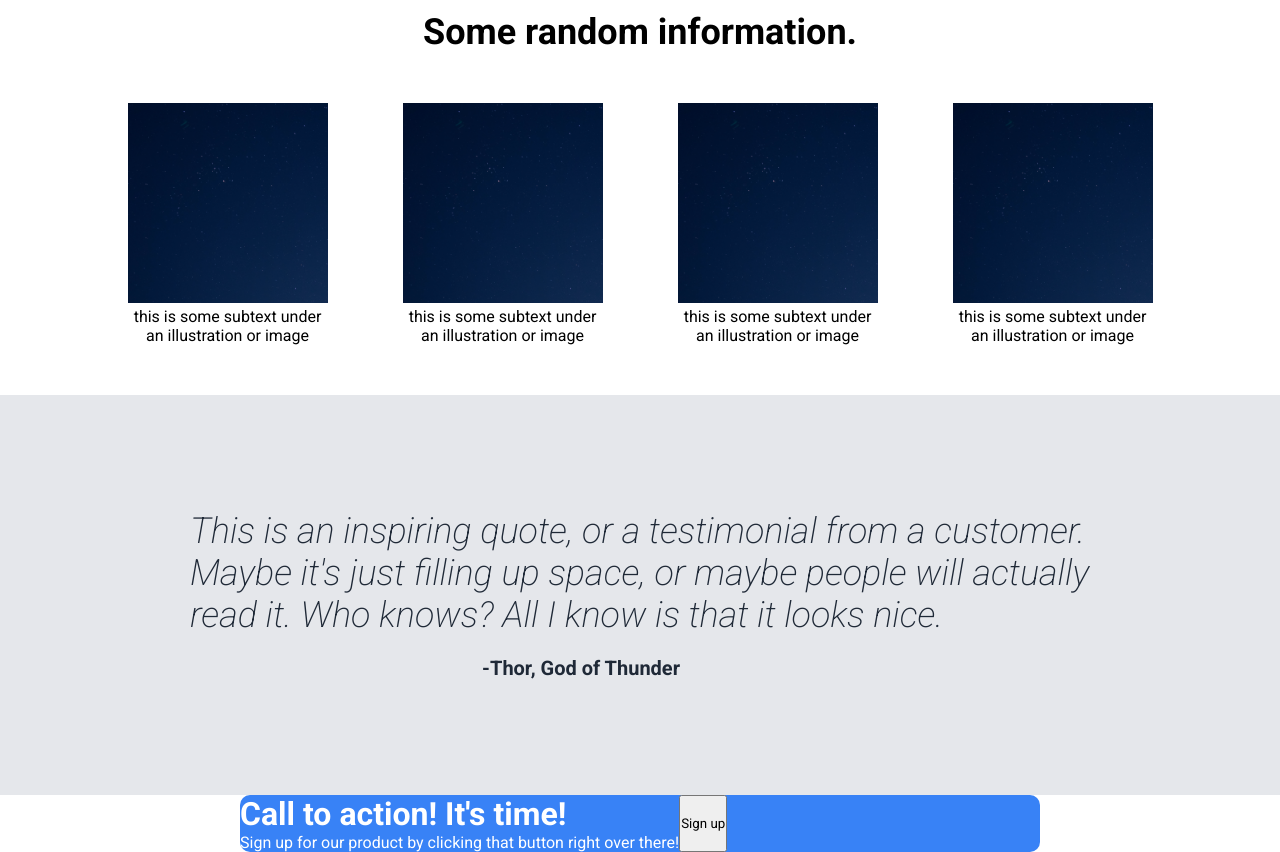
Repository: aaronestre/odin-landingpage
Page: index.html
An editor plug-in stored every save of this project. The page is shown before and after the next save, followed by the edit.
The browser window is 1280 px wide. The pictures show the part of the page from y = 589 to 1541 px (the page is 1441 px tall before and 1541 px after).
A picture or video elsewhere on the page could not be fetched, so the positions and the page height are approximate.

Above is the page before, as saved 2025-02-12 21:24:19.

### index.html
<!DOCTYPE html>
<html lang="en">
    <head>
        <meta charset="UTF-8" />
        <meta http-equiv="X-UA-Compatible" content="IE=edge" />
        <meta name="viewport" content="width=device-width, initial-scale=1.0" />
        <link rel="stylesheet" href="index.css" />
        <link rel="preconnect" href="https://fonts.googleapis.com">
<link rel="preconnect" href="https://fonts.gstatic.com" crossorigin>
<link href="https://fonts.googleapis.com/css2?family=Permanent+Marker&family=Roboto:ital,wght@0,100..900;1,100..900&display=swap" rel="stylesheet">

        <title>Odin Landing Page</title>
    </head>
    <body>
        <div class="header">
            <h1>Header Logo</h1>
            <div class="header-right">
                <p>header link 1</p>
                <p>header link 2</p>
                <p>header link 3</p>
            </div>
        </div>
        <div class="hero">
            <div class="hero-left">
                <h1>This website is awesome</h1>
                <p>This website has some subtext that goes here under the main title. It's a smaller font and the color is lower contrast</p>
                <button>Sign up</button>
            </div>
            <div class="hero-right">
                <img class="hero-image" src="./pictures/hero-image.jpg" alt="This is a placeholder for an image" />
            </div>
        </div>
        <div class="info">
            <h1>Some random information.</h1>
            <div class="info-container">
                <div class="info-item">
                    <img class="info-image" src="./pictures/placeholder.jpg" alt="This is a placeholder for an image" />
                    <p class="info-text">this is some subtext under an illustration or image</p>
                </div>
                <div class="info-item">
                    <img class="info-image" src="./pictures/placeholder.jpg" alt="This is a placeholder for an image" />
                    <p class="info-text">this is some subtext under an illustration or image</p>
                </div>
                <div class="info-item">
                    <img class="info-image" src="./pictures/placeholder.jpg" alt="This is a placeholder for an image" />
                    <p class="info-text">this is some subtext under an illustration or image</p>
                </div>
                <div class="info-item">
                    <img class="info-image" src="./pictures/placeholder.jpg" alt="This is a placeholder for an image" />
                    <p class="info-text">this is some subtext under an illustration or image</p>
                </div>
            </div>
        </div>
        <div class="quote">
            <p class="quote-text">
                This is an inspiring quote, or a testimonial from a customer. Maybe it's just filling up space, or maybe people will actually read it. Who knows? All I know is that it looks nice.
            </p>
            <p class="quote-author">-Thor, God of Thunder</p>
        </div>
        <div class="cta">
            <div class="cta-container">
                <div class="cta-text">
                    <h1>Call to action! It's time!</h1>
                    <p>Sign up for our product by clicking that button right over there!</p>
                </div>
                <button>Sign up</button>
            </div>
        </div>
    </body>
</html>

### index.css
* {
    margin: 0;
    padding: 0;
    box-sizing: border-box;
    font-family: Roboto;
}

.header {
    background-color: #1f2937;
    margin: 0px;
    width: 100%;
    height: 50px;
    color: white;
    font-family: Roboto;
    display: flex;
    justify-content: space-around;
    align-items: center;
}

.header h1 {
    font-size: 32px;
}

.header-right {
    display: flex;
    justify-content: flex-end;
    font-size: 18px;
    gap: 16px;
}

.hero {
    background-color: #1f2937;
    color: white;
    width: 100%;
    height: 500px;
    display: flex;
    justify-content: space-around;
    align-items: center;
}

.hero-left {
    margin-left: 175px;
    width: 20%;
}

.hero h1 {
    font-size: 48px;
    margin-bottom: 10px;
}

.hero p {
    font-size: 18px;
    margin-bottom: 10px;
}

.hero button {
    background-color: #3882f6;
    color: white;
    width: 100px;
    height: 40px;
    border-radius: 10px;
    border: none;
}

.hero-image {
    background-color: #1f2937;
    margin-right: 175px;
    height: 350px;
    display: flex;
    justify-content: center;
    align-items: center;
}

.info {
    display: flex;
    flex-direction: column;
    justify-content: center;
    align-items: center;
    margin-bottom: 50px;
}

.info h1 {
    font-size: 36px;
    margin: 50px 0;
}

.info-container {
    display: flex;
    justify-content: center;
    align-items: center;
    gap: 75px;
}

.info-image {
    width: 200px;
}

.info-text {
    width: 200px;
    text-align: center;
}

.quote {
    background-color: #e5e7eb;
    display: flex;
    flex-direction: column;
    justify-content: center;
    align-items: center;
    font-size: 36px;
    color: #1f2937;
    height: 400px;
}

.quote-text {
    font-style: italic;
    font-weight: 200;
    margin-bottom: 20px;
    width: 900px;
}

.quote-author {
    font-weight: bold;
    font-size: 20px;
    align-self: flex-end;
    margin-right: 600px;
}

.cta {
    color: #fff;
    display: flex;
    justify-content: center;
}

.cta-container {
    background-color: #3882f6;
    display: flex;
    width: 800px;
    border-radius: 10px;
}

After the next save:
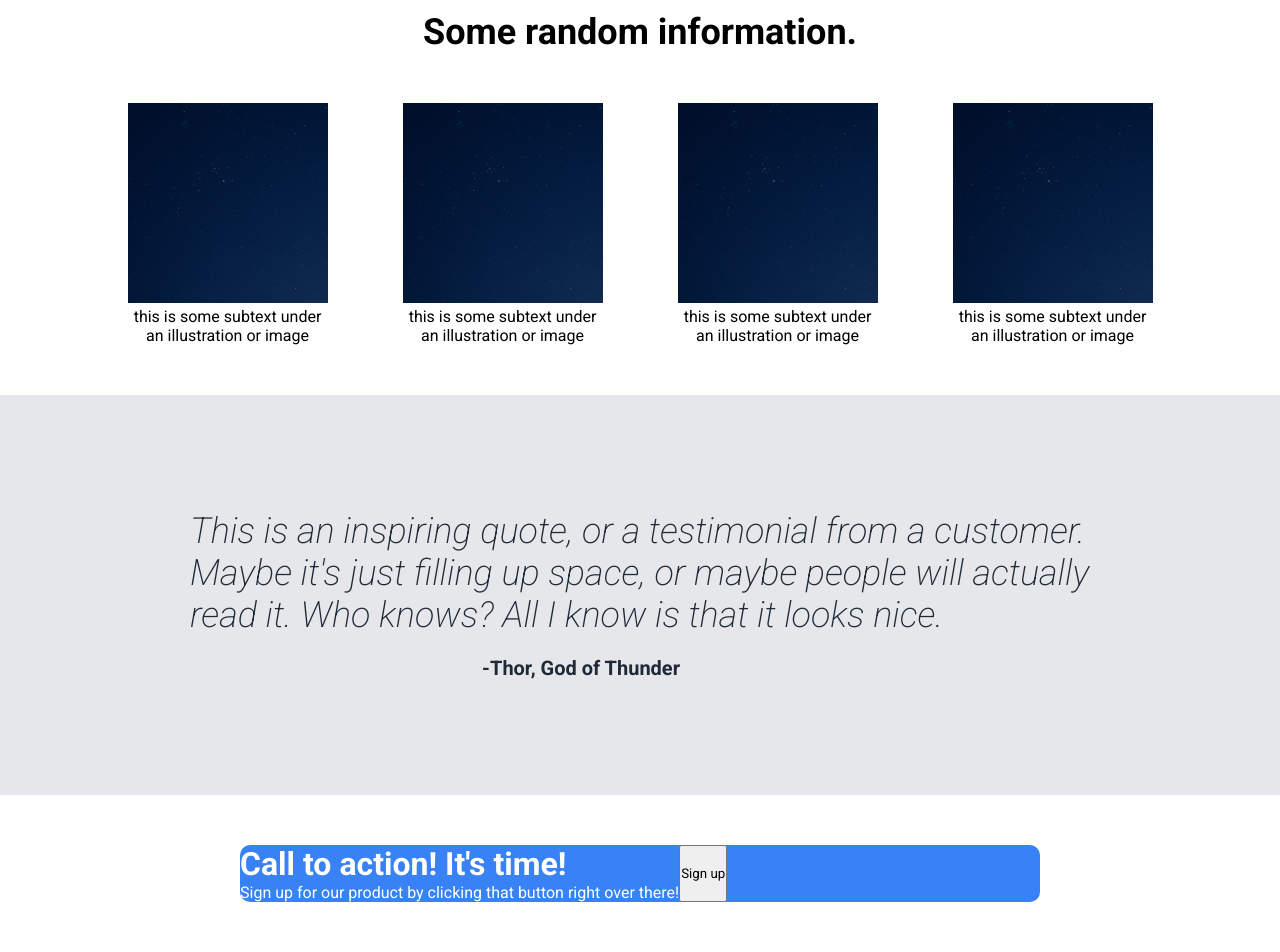
Saved 9 s later.
--- a/index.css
+++ b/index.css
@@ -129,6 +129,7 @@
     color: #fff;
     display: flex;
     justify-content: center;
+    margin: 50px;
 }
 
 .cta-container {
